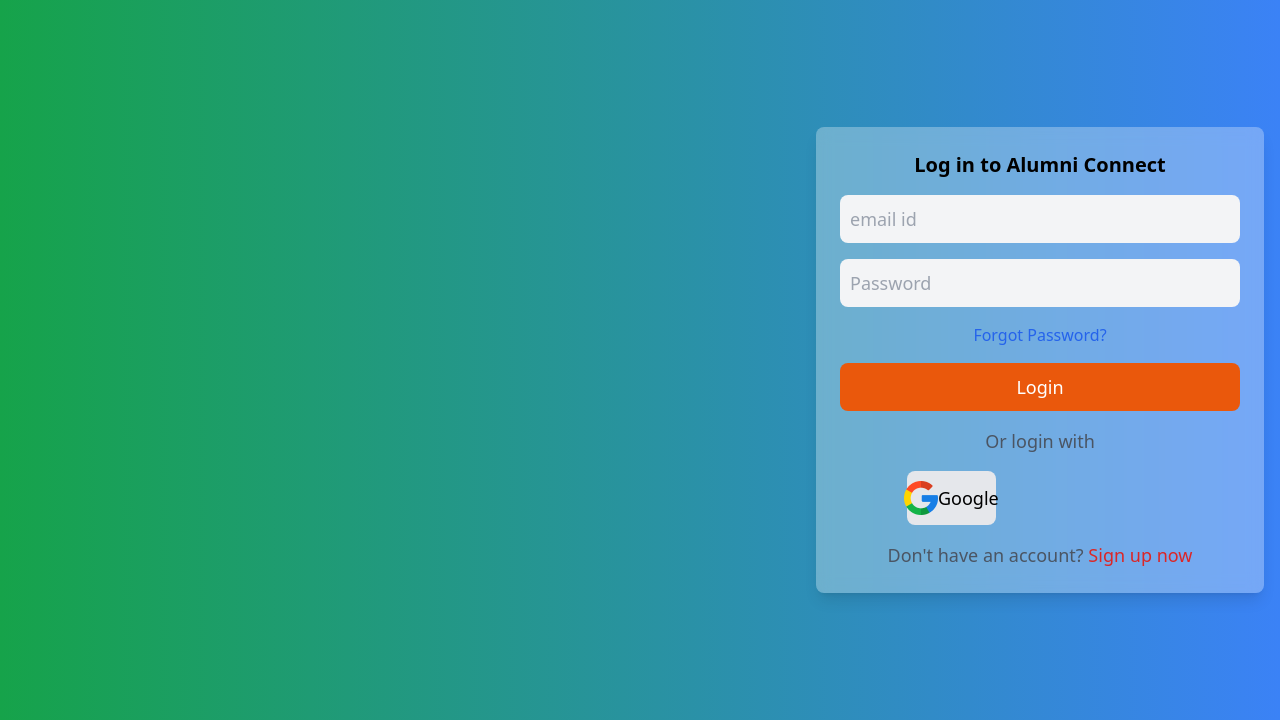
Repository: ptsdpatient/SIH24
Page: /login (app in frontend/)
The author's editor kept a copy of each file at every save. The page is drawn from the files as they stood at one save, then again after the next save.
The browser window is 1280 px wide. The pictures show the whole page.
The page's requests for data from a server got no answer. Some web libraries are served in a nearby version. The project was rebuilt for these pictures with package versions that can differ from the ones it lists, and the page was loaded fresh each time. The framework's server and built-in components were replaced by stand-ins that run in the browser. No one was signed in, and anything a server would have sent is missing.

Above is the page before, as saved 2024-09-14 16:04:19.

### frontend/src/app.html
<!doctype html>
<html lang="en">
	<head>
		<script src="https://accounts.google.com/gsi/client" async defer></script>
		<script src="https://cdn.tailwindcss.com"></script>

		<meta charset="utf-8" />
		<link rel="icon" href="%sveltekit.assets%/favicon.png" />
		<meta name="viewport" content="width=device-width, initial-scale=1" />
		%sveltekit.head%
	</head>
	<body data-sveltekit-preload-data="hover">
		<div style="display: contents">%sveltekit.body%</div>
	</body>
</html>

### frontend/src/routes/login/+page.svelte
<script>
    import {onMount} from 'svelte'
    const apiKey = import.meta.env.VITE_API_KEY;

    let email = '';
    let password = '';
    let enableTokenDebugging = false;


    async function authenticateToken(token){
        try{
            const response = await fetch((apiKey+'authenticateToken'), {
                method: 'GET',
                headers: {
                    'Content-Type': 'application/json',
                    'Authorization': `Bearer ${token}`
                },

            })

            const data = await response.json();

            if(data.auth){
              window.location.href = data.admin?'/admin':'/home'
            }

        }catch(err){
            alert("your session has expired, please login again")
        }
    }

    async function handleLogin() {
      const loginData = {
        email: email,
        password: password
      };

      try {
        const response = await fetch((apiKey+'login'), {
          method: 'POST',
          headers: {
          'Content-Type': 'application/json'
          },
          body: JSON.stringify(loginData),
        });

        if (!response.ok) {
          alert("failed")
          throw new Error('Login failed');
        }


        const data = await response.json();

        if(data.token) {
          localStorage.setItem('token', data.token);
        }

        if(data.user.isAdmin>0)admin=true

        window.location.href = '/home'

        console.log('Login successful:', data);
      } catch (error) {
        console.error('Error during login:', error);
      }
    }


    onMount(()=>{
         const token = localStorage.getItem('token');
         if(token) {
            authenticateToken(token)
         }
    })

  </script>


<div class="flex flex-col md:flex-row justify-end bg-gradient-to-r from-green-600 to-blue-500" style="width:100vw;height:100svh">

    <div class=" absolute md:relative flex items-center justify-center p-4">
        <div class="bg-white bg-opacity-30 backdrop-blur rounded-lg shadow-lg p-6 max-w-md w-full animate-fadeIn">
            <p id="login" class="text-center text-xl font-semibold">Log in to Alumni Connect</p>
            <div action="" class="mt-4">
                <input bind:value={email} type="email" id="username" name="username" placeholder="email id"  required class="w-full p-2.5 mb-4 border-none rounded-lg text-lg bg-gray-100 outline-none">
                <input bind:value={password} type="password" id="password" name="password" placeholder="Password" required class="w-full p-2.5 mb-4 border-none rounded-lg text-lg bg-gray-100 outline-none">
                <p class="text-gray-600 text-center mb-4">
                    <a href="forgot_password.html" class="text-blue-600">Forgot Password?</a>
                </p>


                <button on:click={()=>handleLogin()} class="w-full p-2.5 mb-4 border-none rounded-lg text-lg bg-orange-600 text-white cursor-pointer">Login</button>


                <p id="suggest" class="text-gray-600 text-center text-lg mb-4">Or login with</p>

                <div class="w-2/3 mx-auto flex flex-wrap justify-between">
                  <button class="w-1/3 p-2.5 mb-4 border-none rounded-lg text-lg bg-gray-200 flex items-center justify-center">
                    <img class="w-1/2" src="/icon/google.png" alt=""> Google
                  </button>
                </div>

                <p id="suggest" class="text-gray-600 text-center text-lg">Don't have an account?
                    <a href="login.svelte" id="signup" class="text-red-600">Sign up now</a>
                </p>
              </div>
        </div>
    </div>




</div>

After the next save:
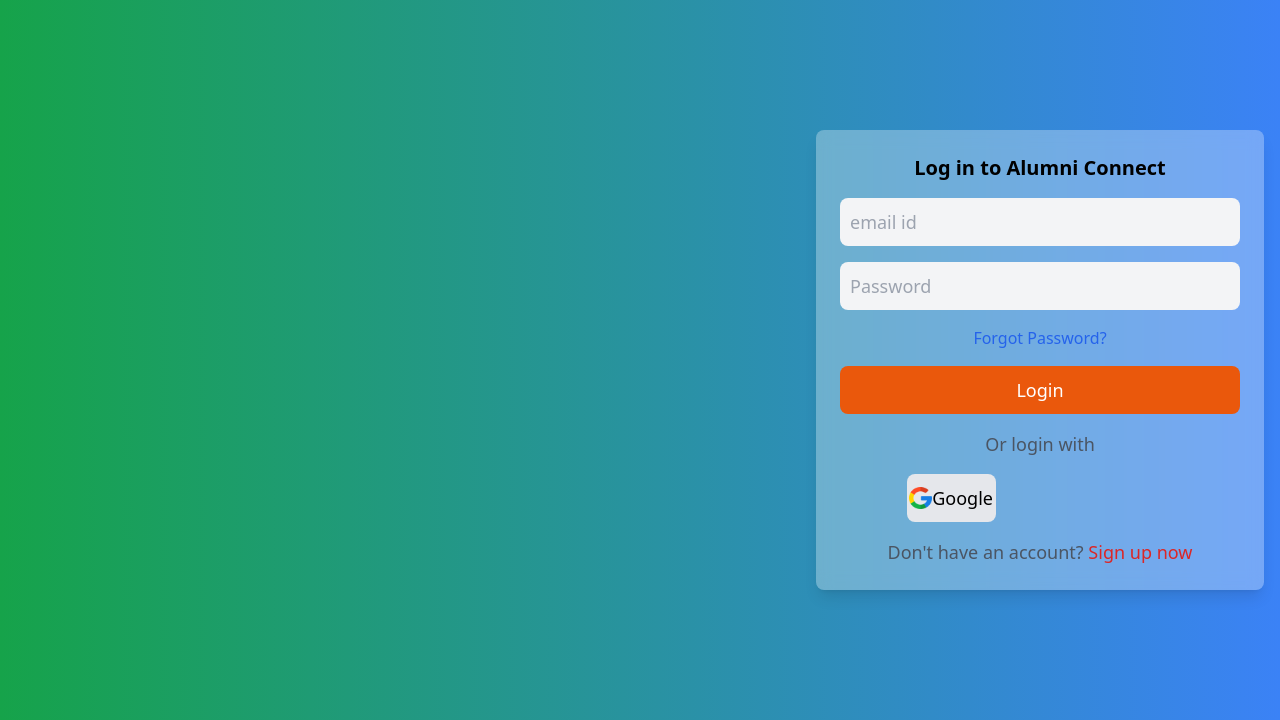
Saved 15 s later.
--- a/frontend/src/routes/login/+page.svelte
+++ b/frontend/src/routes/login/+page.svelte
@@ -97,7 +97,7 @@
 
                 <div class="w-2/3 mx-auto flex flex-wrap justify-between">
                   <button class="w-1/3 p-2.5 mb-4 border-none rounded-lg text-lg bg-gray-200 flex items-center justify-center">
-                    <img class="w-1/2" src="/icon/google.png" alt=""> Google
+                    <img class="w-1/3" src="/icon/google.png" alt=""> Google
                   </button>
                 </div>
 
